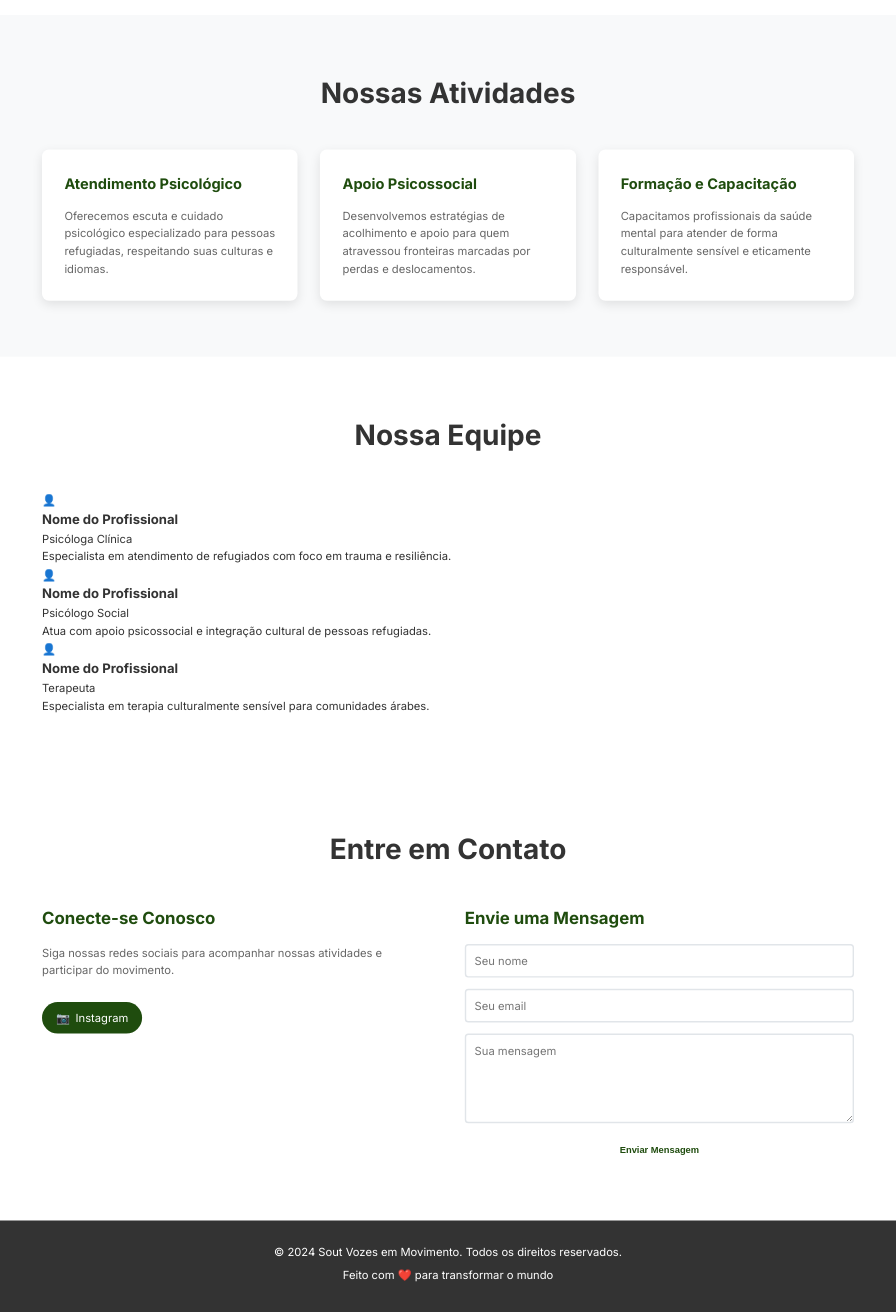
Repository: farukzahra/sout
Page: index.html
These files come from the project's save history. The page is drawn as it stood at one moment and after the next save; the edit follows.
The browser window is 1280 px wide. The pictures show the part of the page from y = 1372 to 3292 px (the page is 3246 px tall before and 3292 px after), at 70% of full size.
Some web fonts or font styles are not loaded; a fallback is used.

Above is the page before, as saved 2025-10-02 18:53:34.

After the next save:
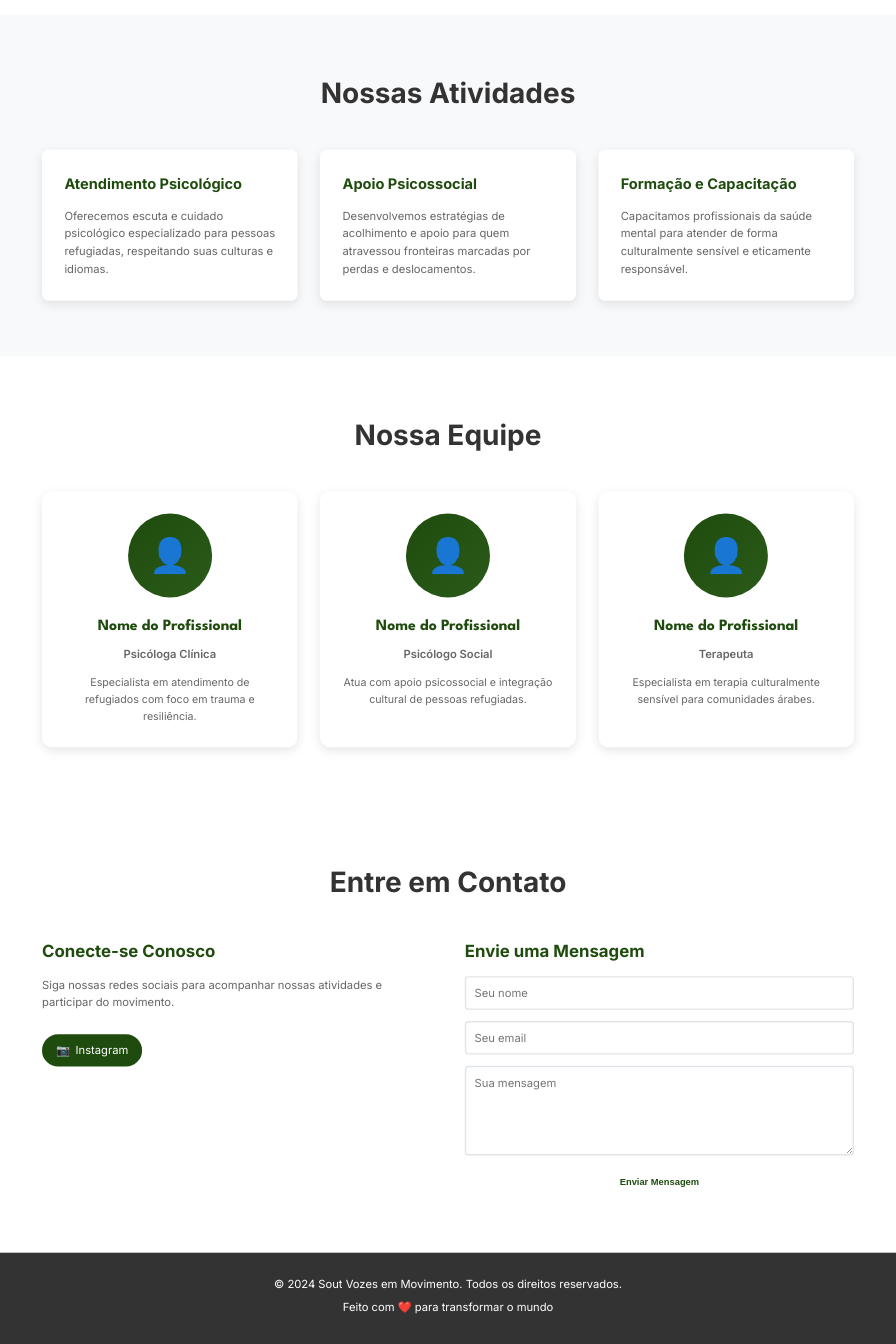
Saved 8 s later.
--- a/style.css
+++ b/style.css
@@ -206,6 +206,65 @@ body {
     gap: 2rem;
 }
 
+/* Equipe */
+.team-grid {
+    display: grid;
+    grid-template-columns: repeat(auto-fit, minmax(280px, 1fr));
+    gap: 2rem;
+    margin-top: 2rem;
+}
+
+.team-card {
+    background: white;
+    padding: 2rem;
+    border-radius: 15px;
+    box-shadow: 0 5px 15px rgba(0,0,0,0.1);
+    text-align: center;
+    transition: transform 0.3s ease, box-shadow 0.3s ease;
+}
+
+.team-card:hover {
+    transform: translateY(-5px);
+    box-shadow: 0 10px 25px rgba(0,0,0,0.15);
+}
+
+.team-photo {
+    margin-bottom: 1.5rem;
+}
+
+.placeholder-photo {
+    width: 120px;
+    height: 120px;
+    background: linear-gradient(135deg, #1F4C0E 0%, #2a5a1a 100%);
+    border-radius: 50%;
+    display: flex;
+    align-items: center;
+    justify-content: center;
+    margin: 0 auto;
+    font-size: 3rem;
+    color: white;
+}
+
+.team-card h3 {
+    color: #1F4C0E;
+    margin-bottom: 0.5rem;
+    font-size: 1.4rem;
+    font-family: 'League Spartan', 'Inter', 'Arial', sans-serif;
+}
+
+.team-role {
+    color: #666;
+    font-weight: 600;
+    margin-bottom: 1rem;
+    font-size: 1rem;
+}
+
+.team-description {
+    color: #666;
+    line-height: 1.6;
+    font-size: 0.95rem;
+}
+
 .activity-card {
     background: white;
     padding: 2rem;
